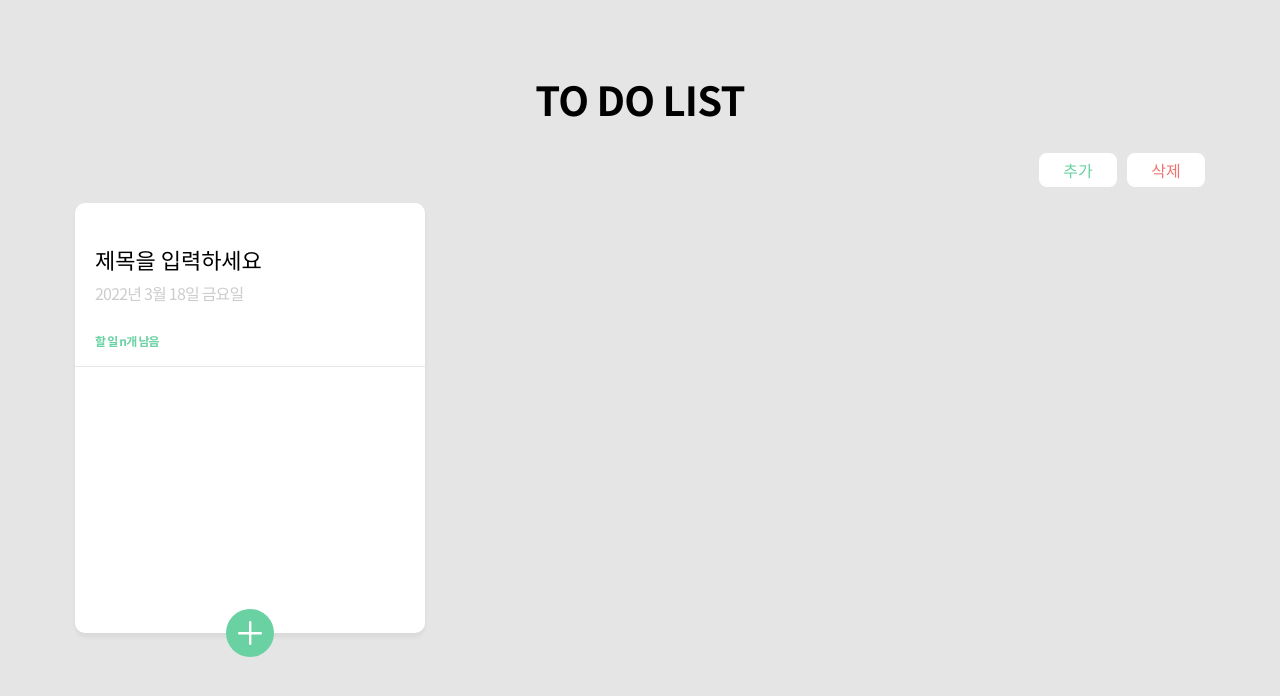
Repository: KIMSEOUNYOUNG/toDoList
Page: skin/main.html
These files come from the project's save history. The page is drawn as it stood at one moment and after the next save; the edit follows.
The browser window is 1280 px wide. The pictures show the whole page.

Above is the page before, as saved 2022-04-28 15:32:08.

After the next save:
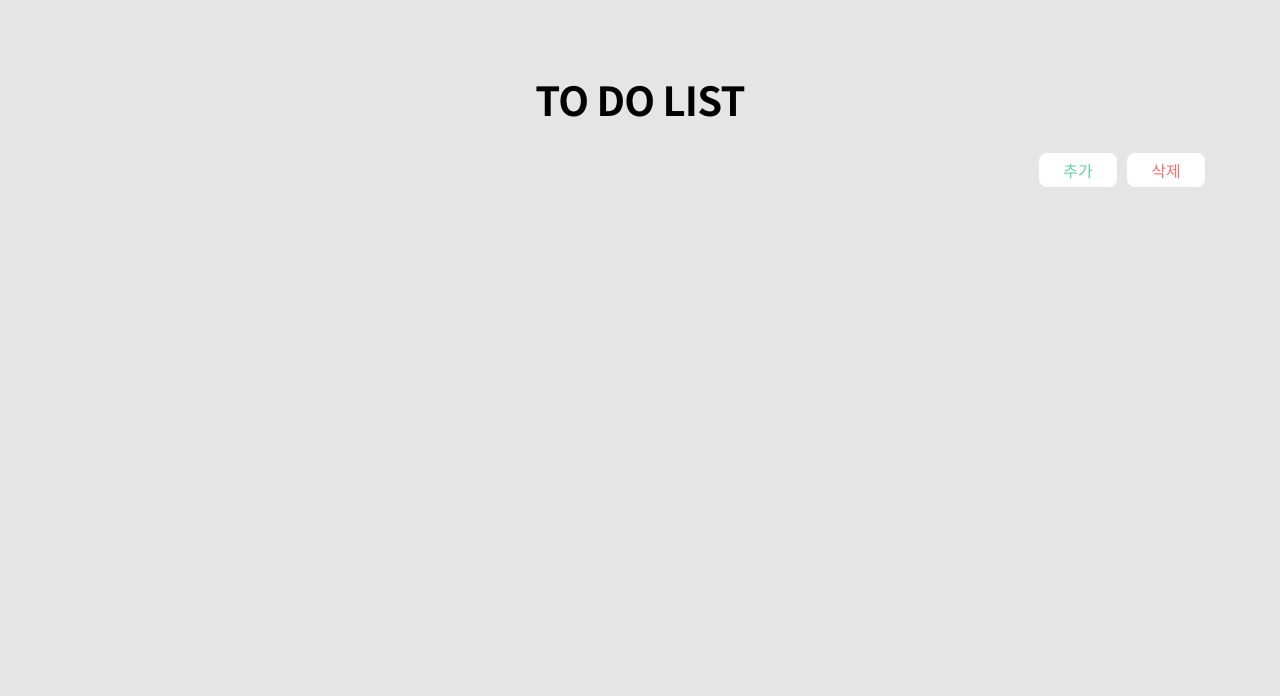
Saved 21 s later.
--- a/skin/main.html
+++ b/skin/main.html
@@ -26,7 +26,7 @@
             </div>
             <div class="row wp mb_75">
 
-                <div class="col_8">
+                <!-- <div class="col_8">
 
                     <label class="del_chk">
                         <input type="checkbox" disabled>
@@ -40,7 +40,7 @@
 
                                 <ul class="tdList_list_box">
 
-                                    <!-- <li>
+                                    <li>
                                         <label for="toDoList" class="fm_ch">
                                             <input class="chBox" type="checkbox" name="" id="toDoList">
                                             <div id="td_result" class="tdList_list_txt">할 일을 적어봅시다.</div>
@@ -48,14 +48,14 @@
                                                 <i class="icon_trash"></i>
                                             </button>
                                         </label>
-                                    </li> -->
+                                    </li>
 
                                 </ul>
 
                             <div class="txt_box toggle_on">
                                 <form >
                                     <input type="text" style="display: none;">
-                                    <!-- <input class="bn" id="td_add" type="text" onkeypress="if(window.event.keyCode == 13){tdPrint();}" placeholder="할 일을 입력 후, Enter를 누르세요."> -->
+                                    <input class="bn" id="td_add" type="text" onkeypress="if(window.event.keyCode == 13){tdPrint();}" placeholder="할 일을 입력 후, Enter를 누르세요.">
                                     <input class="bn" id="td_add" type="text" onkeypress="tdPrint()" placeholder="할 일을 입력 후, Enter를 누르세요." value="">
                                 </form>
                             </div>
@@ -68,7 +68,7 @@
                         </div>
                     </label>
 
-                </div>
+                </div> -->
 
             </div>
         </div>

After the save that followed:
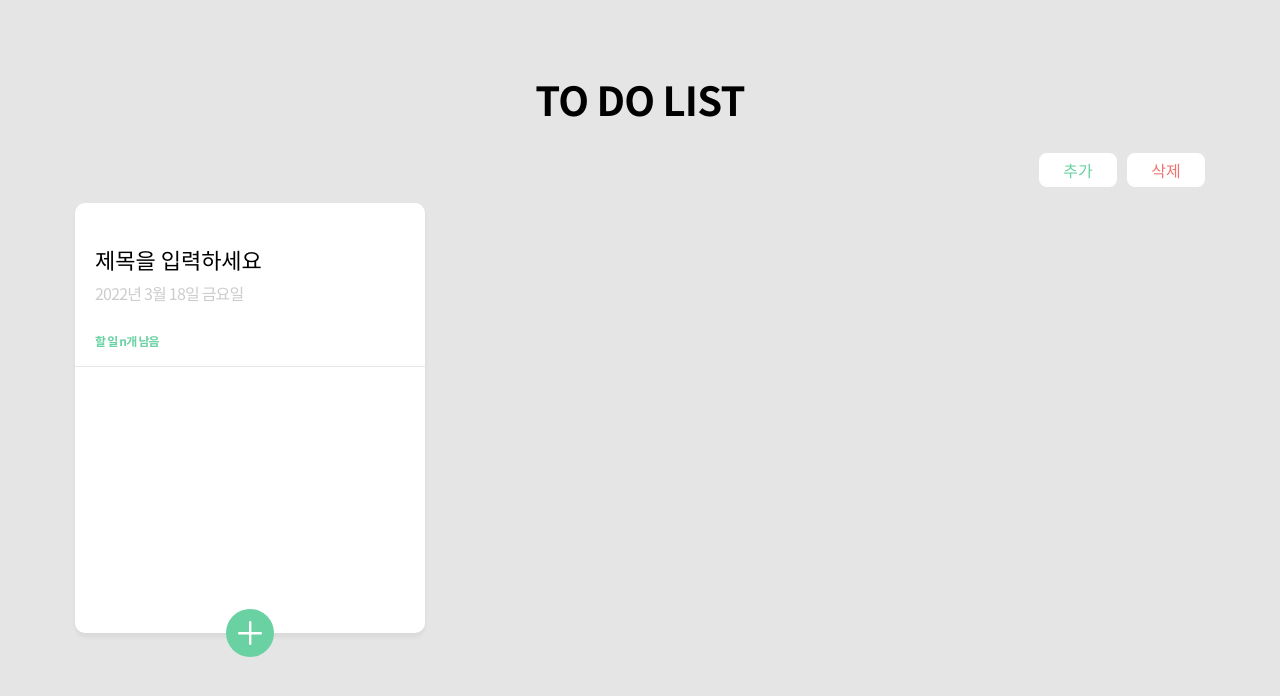
Saved 19 s later.
--- a/skin/main.html
+++ b/skin/main.html
@@ -26,7 +26,7 @@
             </div>
             <div class="row wp mb_75">
 
-                <!-- <div class="col_8">
+                <div class="col_8">
 
                     <label class="del_chk">
                         <input type="checkbox" disabled>
@@ -40,7 +40,7 @@
 
                                 <ul class="tdList_list_box">
 
-                                    <li>
+                                    <!-- <li>
                                         <label for="toDoList" class="fm_ch">
                                             <input class="chBox" type="checkbox" name="" id="toDoList">
                                             <div id="td_result" class="tdList_list_txt">할 일을 적어봅시다.</div>
@@ -48,14 +48,14 @@
                                                 <i class="icon_trash"></i>
                                             </button>
                                         </label>
-                                    </li>
+                                    </li> -->
 
                                 </ul>
 
                             <div class="txt_box toggle_on">
                                 <form >
                                     <input type="text" style="display: none;">
-                                    <input class="bn" id="td_add" type="text" onkeypress="if(window.event.keyCode == 13){tdPrint();}" placeholder="할 일을 입력 후, Enter를 누르세요.">
+                                    <!-- <input class="bn" id="td_add" type="text" onkeypress="if(window.event.keyCode == 13){tdPrint();}" placeholder="할 일을 입력 후, Enter를 누르세요."> -->
                                     <input class="bn" id="td_add" type="text" onkeypress="tdPrint()" placeholder="할 일을 입력 후, Enter를 누르세요." value="">
                                 </form>
                             </div>
@@ -68,7 +68,7 @@
                         </div>
                     </label>
 
-                </div> -->
+                </div>
 
             </div>
         </div>
